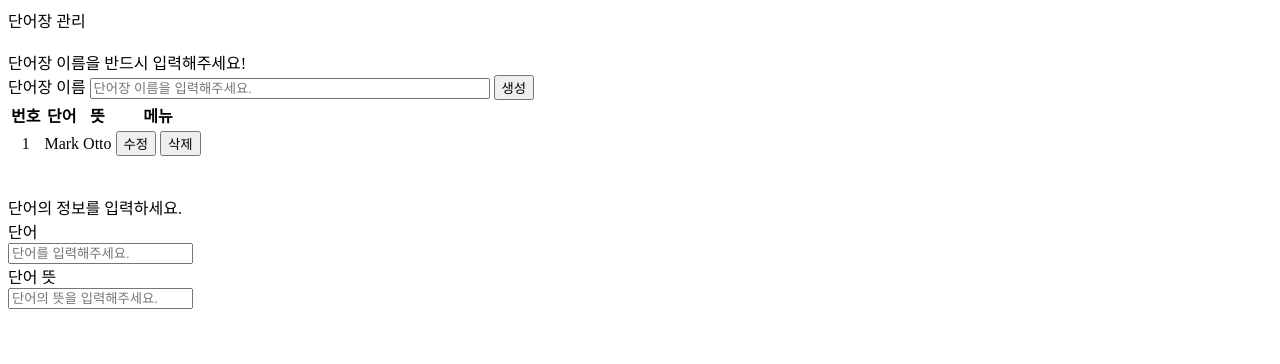
Repository: Pastelkun99/remembrance
Page: http://localhost/ProjectRemembrance/WEB-INF/views/menu_pages/11_makeWordCard.jsp
These files come from the project's save history. The page is drawn as it stood at one moment and after the next save; the edit follows.
The browser window is 1280 px wide. The pictures show the whole page.
The page is served by Tomcat 9. Nobody is signed in. Other server files are loaded and not shown. The template is opened directly, without the code that normally fills it, so the values that code supplies are empty.

Above is the page before, as saved 2019-08-28 01:19:01.

### ProjectRemembrance/src/main/webapp/WEB-INF/views/menu_pages/11_makeWordCard.jsp
<%@ page language="java" contentType="text/html; charset=UTF-8"
	pageEncoding="UTF-8"%>
<%@ taglib uri="http://java.sun.com/jsp/jstl/core" prefix="c"%>
<%@ taglib uri="http://www.springframework.org/tags/form" prefix="form"%>

<div class="container">
	<div class="alert alert-success" role="alert">단어장 관리</div>
	<br /> <label for="basic-url">단어장 이름을 반드시 입력해주세요!</label>
	<%-- <form action="${pageContext.request.contextPath }/word/wordcardCreate.do" method="post"> --%>
	<div class="input-group mb-3">
		<div class="form-inline"> <!-- input-group-prepend"> -->
			<span class="input-group-text" id="basic-addon1">단어장 이름</span>
				<input type="text" class="form-control" id="q_name"
					placeholder="단어장 이름을 입력해주세요." required="required" style="width:400px">
				<button type="button" class="btn btn-primary">생성</button>
			</div>
	</div>
	<%-- </form> --%>
	<table class="table">
		<thead class="thead-light" align="center">
			<tr>
				<th scope="col" align="center">번호</th>
				<th scope="col" align="center">단어</th>
				<th scope="col" align="center">뜻</th>
				<th scope="col" align="center">메뉴</th>
			</tr>
		</thead>
		<tbody>
			<tr>
				<td scope="row" align="center">1</td>
				<td align="center">Mark</td>
				<td align="center">Otto</td>
				<td align="center">
					<button type="button" class="btn btn-success">수정</button>
					<button type="button" class="btn btn-danger">삭제</button>
				</td>
			</tr>
		</tbody>
	</table>

</div>



</br>
</br>
<div class="container" align="left">
	<label for="basic-url"> 단어의 정보를 입력하세요.</label>
	<div class="row">
		<div class="col">
			<div class="input-group mb-3">
				<div class="input-group-prepend">
					<span class="input-group-text" id="basic-addon1">단어</span>
				</div>
				<input type="text" class="form-control" id="q_front"
					placeholder="단어를 입력해주세요." required="required">
			</div>

		</div>
		<div class="col">
			<div class="input-group mb-3">
				<div class="input-group-prepend">
					<span class="input-group-text" id="basic-addon3">단어 뜻</span>
				</div>
				<input type="text" class="form-control" id="q_back"
					placeholder="단어의 뜻을 입력해주세요." required="required">
			</div>

		</div>
	</div>
</div>

After the next save:
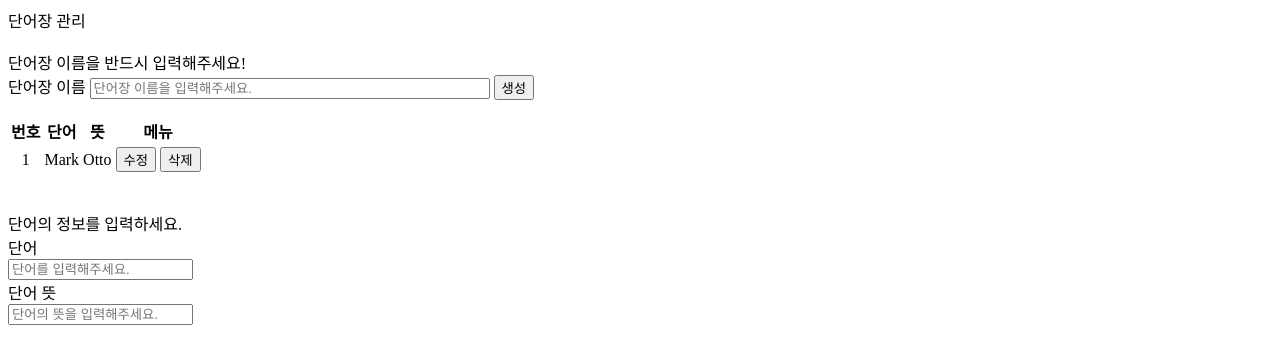
Saved 25 s later.
--- a/ProjectRemembrance/src/main/webapp/WEB-INF/views/menu_pages/11_makeWordCard.jsp
+++ b/ProjectRemembrance/src/main/webapp/WEB-INF/views/menu_pages/11_makeWordCard.jsp
@@ -6,7 +6,7 @@
 <div class="container">
 	<div class="alert alert-success" role="alert">단어장 관리</div>
 	<br /> <label for="basic-url">단어장 이름을 반드시 입력해주세요!</label>
-	<%-- <form action="${pageContext.request.contextPath }/word/wordcardCreate.do" method="post"> --%>
+	<form action="${pageContext.request.contextPath }/word/wordcardCreate.do" method="post">
 	<div class="input-group mb-3">
 		<div class="form-inline"> <!-- input-group-prepend"> -->
 			<span class="input-group-text" id="basic-addon1">단어장 이름</span>
@@ -15,7 +15,7 @@
 				<button type="button" class="btn btn-primary">생성</button>
 			</div>
 	</div>
-	<%-- </form> --%>
+	</form>
 	<table class="table">
 		<thead class="thead-light" align="center">
 			<tr>
